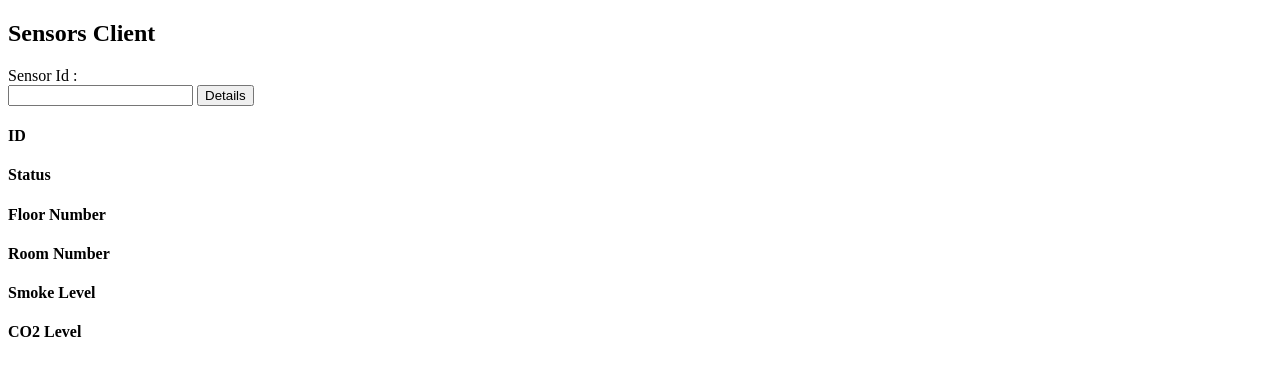
Repository: code-eshan/clientDSSensor
Page: sensor_service/WebContent/index.html
These files come from the project's save history. The page is drawn as it stood at one moment and after the next save; the edit follows.
The browser window is 1280 px wide. The pictures show the whole page.
Some web libraries are served in a nearby version.

Above is the page before, as saved 2020-04-15 13:58:50.

### sensor_service/WebContent/index.html
<!DOCTYPE html>
<html>
    <head>
        <title>Sensor Client</title>
        <script src="https://ajax.googleapis.com/ajax/libs/jquery/1.10.2/jquery.min.js"></script>
        <script src="sensor.js"></script>
    </head>

    <h2>Sensors Client</h2>
 	Sensor Id : <br/>
	<input type="text" id="id" />
	<button onclick="getDetails()">Details </button>
	<p />
        <h4>ID</h4><div id="id"></div>
	<p />
        <h4>Status</h4><div id="sensorStatus"></div>
    <p />
        <h4>Floor Number</h4><div id="floorNum"></div>
	<p />
        <h4>Room Number</h4><div id="roomNum"></div>
    <p />
        <h4>Smoke Level</h4><div id="smokeLevel"></div>
	<p />
        <h4>CO2 Level</h4><div id="cLevel"></div>

</html>

### sensor_service/WebContent/sensor.js
/**
 *
 *//**
 *
 */

function getDetails(){
	jQuery.ajax({
        url: "http://localhost:8080/sensor_service/rest/sensors/" + $("#id").val(),
        type: "GET",
        contentType: "application/json",
        dataType:'json',
        success: function(data, textStatus, errorThrown) {
            //here is your json.
              // process it
        	  $("#id").text(data.id);
        	  $("#sensorStatus").text(data.sensorStatus);
        	  $("#floorNum").text(data.floorNum);
        	  $("#roomNum").text(data.roomNum);
        	  $("#smokeLevel").text(data.smokeLevel);
        	  $("#cLevel").text(data.cLevel);

        },
        error : function(jqXHR, textStatus, errorThrown) {
        		$("#id").text("Sorry! Sensor not found!");
        		$("#sensorStatus").text("");
        		$("#floorNum").text("");
        		$("#roomNum").text("");
        		$("#smokeLevel").text("");
        		$("#cLevel").text("");
        },
        timeout: 120000,
    });
};

////POSTDETAILS USING AJAX
//function postDetails() {
//
//	//Getting the bookDetails
//	const bookData = {
//			"id": $("#getId").val(),
//			"price": $("#getPrice").val(),
//			"title": $("#getTitle").val()
//		};
//
//
//	$.ajax({
//		url: "http://localhost:8080/book_service/rest/books/",
//		type: "POST",
//		data: JSON.stringify(bookData),
//		contentType: "application/json",
//		dataType: "json",
//        success: function(data, textStatus, errorThrown) {
//        	  $("#response").text("Book Added Successfully");
//
//        },
//        error : function(jqXHR, textStatus, errorThrown) {
//        		alert(errorThrown).text("Error");
//        },
//        timeout: 120000,
//
//	});
//};
//
////Delete a particular book
//function deleteBook() {
//
//	$.ajax({
//		url: "http://localhost:8080/book_service/rest/books/" + $("#deleteId").val(),
//		type: "DELETE",
//		contentType: "application/json",
//		dataType: "json",
//		success: function(data, textStatus, errorThrown) {
//			$("#deleteResponse").text("Book Deleted Successfully");
//		},
//
//		error: function(jqXHR, textStatus, errorThrown) {
//			alert("The particular book id not found");
//		}
//	});
//}

After the next save:
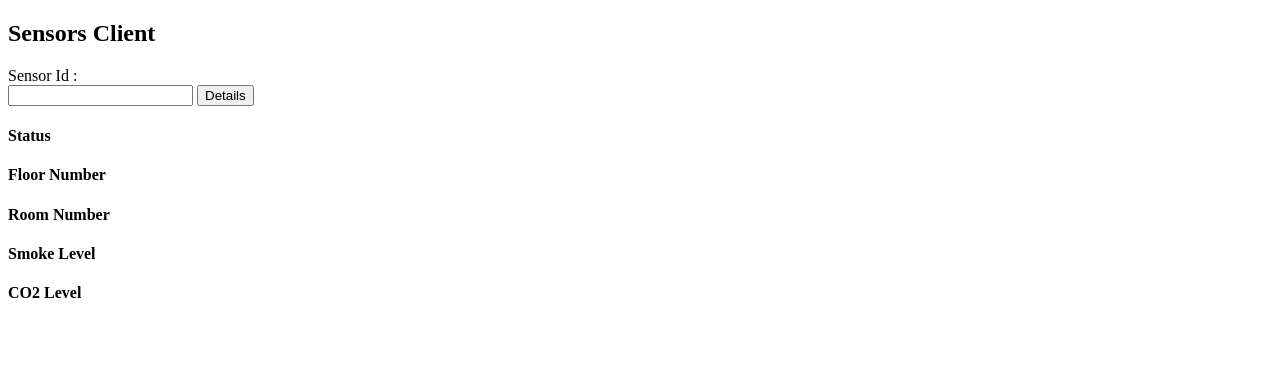
Saved 84 s later.
--- a/sensor_service/WebContent/index.html
+++ b/sensor_service/WebContent/index.html
@@ -11,8 +11,6 @@
 	<input type="text" id="id" />
 	<button onclick="getDetails()">Details </button>
 	<p />
-        <h4>ID</h4><div id="id"></div>
-	<p />
         <h4>Status</h4><div id="sensorStatus"></div>
     <p />
         <h4>Floor Number</h4><div id="floorNum"></div>
--- a/sensor_service/WebContent/sensor.js
+++ b/sensor_service/WebContent/sensor.js
@@ -13,7 +13,6 @@ function getDetails(){
         success: function(data, textStatus, errorThrown) {
             //here is your json.
               // process it
-        	  $("#id").text(data.id);
         	  $("#sensorStatus").text(data.sensorStatus);
         	  $("#floorNum").text(data.floorNum);
         	  $("#roomNum").text(data.roomNum);
@@ -22,7 +21,6 @@ function getDetails(){
 
         },
         error : function(jqXHR, textStatus, errorThrown) {
-        		$("#id").text("Sorry! Sensor not found!");
         		$("#sensorStatus").text("");
         		$("#floorNum").text("");
         		$("#roomNum").text("");
